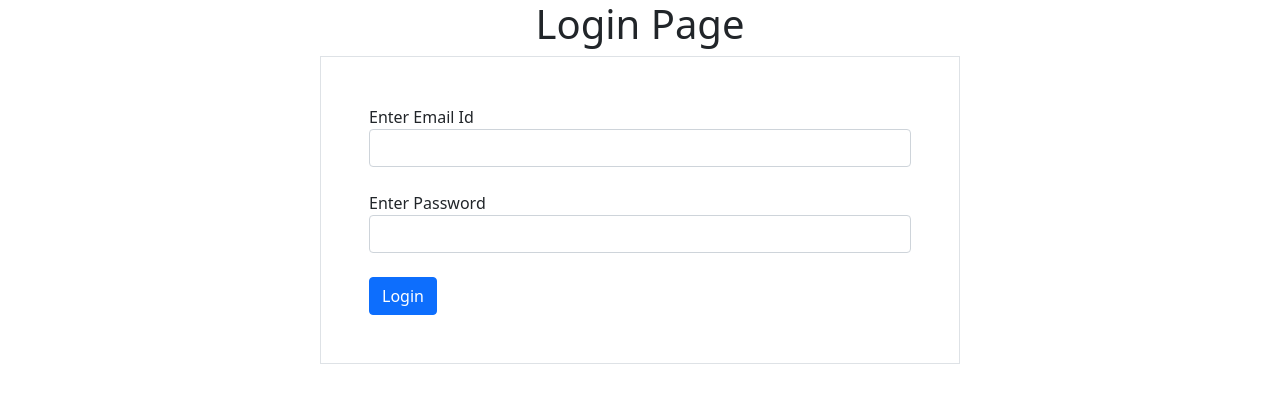
Repository: becoderpavy/servlet_tutorials
Page: 3_RequestDispatch_Example/src/main/webapp/login.html
These files come from the project's save history. The page is drawn as it stood at one moment and after the next save; the edit follows.
The browser window is 1280 px wide. The pictures show the whole page.

Above is the page before, as saved 2023-06-09 16:44:24.

### 3_RequestDispatch_Example/src/main/webapp/login.html
<!DOCTYPE html>
<html>
<head>
<meta charset="ISO-8859-1">
<title>Insert title here</title>
<link
	href="https://cdn.jsdelivr.net/npm/bootstrap@5.0.2/dist/css/bootstrap.min.css"
	rel="stylesheet"
	integrity="sha384-EVSTQN3/azprG1Anm3QDgpJLIm9Nao0Yz1ztcQTwFspd3yD65VohhpuuCOmLASjC"
	crossorigin="anonymous">
</head>
<body style="background-color: f0f1f2;">
	<h1 class="text-center">Login Page</h1>
	<div class=" col-md-6 offset-md-3 border p-5">
		<form>
			<label>Enter Email Id</label>
			<input type="text" name="email" class="form-control">

			<br>

				 <label>Enter Password</label>
				<input type="text" name="password" class="form-control"> <br>

				<button class="btn btn-primary">Login</button>
		</form>

	</div>
</body>
</html>

After the next save:
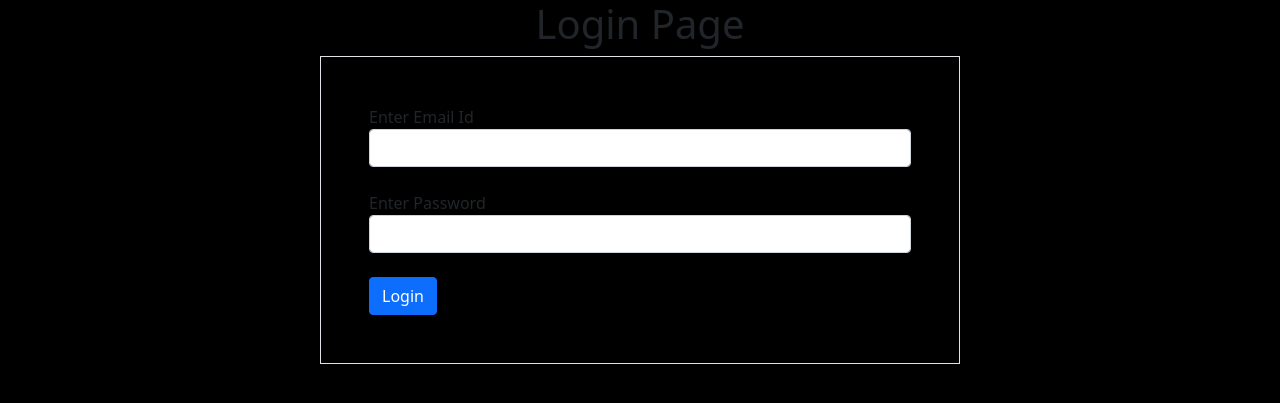
Saved 30 s later.
--- a/3_RequestDispatch_Example/src/main/webapp/login.html
+++ b/3_RequestDispatch_Example/src/main/webapp/login.html
@@ -9,7 +9,7 @@
 	integrity="sha384-EVSTQN3/azprG1Anm3QDgpJLIm9Nao0Yz1ztcQTwFspd3yD65VohhpuuCOmLASjC"
 	crossorigin="anonymous">
 </head>
-<body style="background-color: f0f1f2;">
+<body style="background-color: black;">
 	<h1 class="text-center">Login Page</h1>
 	<div class=" col-md-6 offset-md-3 border p-5">
 		<form>
